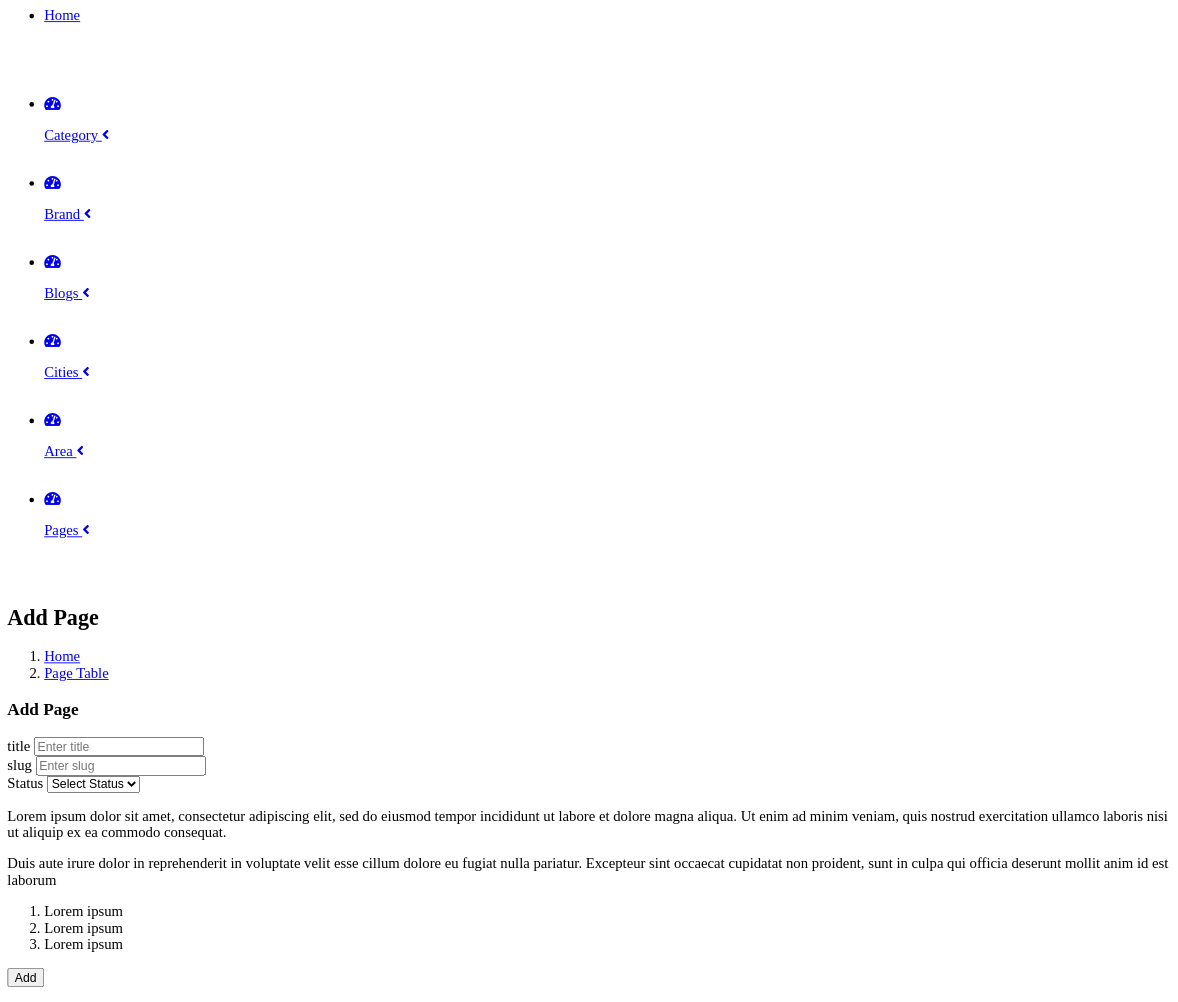
Repository: samiraelshon123/LP_Project
Page: http://localhost/admin/Page/create
The author's editor kept a copy of each file at every save. The page is drawn from the files as they stood at one save, then again after the next save.
The browser window is 1280 px wide. The pictures show the whole page, at 92% of full size.
Some web fonts or font styles are not loaded; a fallback is used. The page is served by the project's Laravel application, run on PHP 8.4 with Laravel 9. A made-up administrator, Test User (test@example.com), is signed in. Other server files are loaded and not shown.

Above is the page before, as saved 2023-05-29 23:03:08.
Console error: ReferenceError: $ is not defined

### routes/web.php
<?php

use App\Http\Controllers\admin\AreaController;
use Illuminate\Support\Facades\Route;
use App\Http\Controllers\admin\CategoryController;
use App\Http\Controllers\admin\BrandController;
use App\Http\Controllers\admin\BlogController;
use App\Http\Controllers\admin\CityController;
use App\Http\Controllers\admin\PageController;
use App\Http\Controllers\admin\SocialMediaController;
use App\Http\Controllers\auth\RegisterController;
use App\Http\Controllers\auth\LoginController;
use App\Http\Controllers\auth\LogoutController;
use App\Http\Controllers\auth\AdminLoginController;

////////////

//user

use App\Http\Controllers\User\UserController;

/*
|--------------------------------------------------------------------------
| Web Routes
|--------------------------------------------------------------------------
|
| Here is where you can register web routes for your application. These
| routes are loaded by the RouteServiceProvider within a group which
| contains the "web" middleware group. Now create something great!
|
*/

Route::group(['prefix' => 'admin','middleware' => ['auth:admin']], function() {
        //admin
        Route::get('/', function(){
            return view('admin.dashboard');
        })->name('admin');

    // brand
    Route::resource('category', CategoryController::class);

    Route::resource('city', CityController::class);

    Route::resource('Area', AreaController::class);

    Route::resource('Page', PageController::class);




    // governorate
    Route::resource('brand', BrandController::class);

    //blog
     Route::resource('blog',BlogController::class);



});

//////////////////////////////////


Route::group(['middleware' => ['auth']], function() {
    Route::get('/', [UserController::class, 'home'])->name('user.home');
    Route::get('categories', [UserController::class, 'categories'])->name('user.categories');
    Route::get('about_us', [UserController::class, 'about_us'])->name('user.about_us');
    Route::get('change_location', [UserController::class, 'change_location'])->name('user.change_location');
    Route::get('contact_us', [UserController::class, 'contact_us'])->name('user.contact_us');
    Route::get('faq', [UserController::class, 'faq'])->name('user.faq');
    Route::get('privacy', [UserController::class, 'privacy'])->name('user.privacy');
    Route::get('terms_of_use', [UserController::class, 'terms_of_use'])->name('user.terms_of_use');
    Route::get('service_details', [UserController::class, 'service_details'])->name('user.service_details');
    Route::get('services_by_category', [UserController::class, 'services_by_category'])->name('user.services_by_category');




});

//////////////////////////////////

//authentication

Route::get('/register', [RegisterController::class, 'register'])->name('register');
Route::post('/register', [RegisterController::class, 'registerUser'])->name('registerUser');


Route::get('/login', [LoginController::class, 'login'])->name('login');
Route::post('/login', [LoginController::class, 'loginUser'])->name('loginUser');


Route::get('/logout', [LogoutController::class, 'logout']);

Route::get('/adminlogin', [AdminLoginController::class, 'loginPage']);
Route::post('/adminlogin', [AdminLoginController::class, 'loginAdmin'])->name('adminlogin');

### app/Models/User.php
<?php

namespace App\Models;

use Illuminate\Contracts\Auth\MustVerifyEmail;
use Illuminate\Database\Eloquent\Factories\HasFactory;
use Illuminate\Foundation\Auth\User as Authenticatable;
use Illuminate\Notifications\Notifiable;
use Laravel\Sanctum\HasApiTokens;

class User extends Authenticatable
{
    use HasApiTokens, HasFactory, Notifiable;

    /**
     * The attributes that are mass assignable.
     *
     * @var array<int, string>
     */
    protected $fillable = [
        'name',
        'phone',
        'email',
        'username',
        'password',
        'user_type'
    ];

    /**
     * The attributes that should be hidden for serialization.
     *
     * @var array<int, string>
     */
    protected $hidden = [
        'password',
        'remember_token',
    ];

    /**
     * The attributes that should be cast.
     *
     * @var array<string, string>
     */
    protected $casts = [
        'email_verified_at' => 'datetime',
    ];
     public function order(){
         return $this->belongsToMany(User::class, 'ord_users', 'user_id', 'order_id');
     }
}

### app/Models/Admin.php
<?php

namespace App\Models;

use Illuminate\Contracts\Auth\MustVerifyEmail;
use Illuminate\Database\Eloquent\Factories\HasFactory;
use Illuminate\Foundation\Auth\User as Authenticatable;
use Illuminate\Notifications\Notifiable;
use Laravel\Sanctum\HasApiTokens;

class Admin extends Authenticatable
{
    use HasApiTokens, HasFactory, Notifiable;
    public $table = 'admins';
    /**
     * The attributes that are mass assignable.
     *
     * @var array<int, string>
     */
    protected $fillable = [
        'name',
        'username',
        'role',
        'image',
        'description',
        'designation',
        'email',
        'password',
    ];

    /**
     * The attributes that should be hidden for serialization.
     *
     * @var array<int, string>
     */
    protected $hidden = [
        'password',
        'remember_token',
    ];

    /**
     * The attributes that should be cast.
     *
     * @var array<string, string>
     */
    protected $casts = [
        'email_verified_at' => 'datetime',
    ];
}

### app/Http/Controllers/admin/PageController.php
<?php

namespace App\Http\Controllers\admin;

use App\Http\Controllers\Controller;
use App\Models\Page;
use Illuminate\Http\Request;

class PageController extends Controller
{
    public function __construct()
    {
        $this->middleware('auth:admin');
    }

    public function index(){
        $pages = Page::all();

        return view('admin.pages.index', compact('pages'));

    }
    public function create(){
        return view('admin.pages.create');
    }
    public function store(Request $request)
    {
        $data = $request->validate([
            'title' => 'required|string',
            'slug' => 'required|string',
            'page_content' => 'required|string',
            'status' => 'required|string',

        ]);


        Page::create($data);
            session()->flash('add_message', 'Page has been added');

        return  redirect('admin/Page');
    }

    public function edit($id){

        $Page = Page::find($id);

        return view('admin.pages.edit', compact('Page'));
    }
    public function update(Request $request, $id){
        $data = $request->validate([
            'title' => 'required|string',
            'slug' => 'required|string',
            'page_content' => 'required|string',
             'status' => 'required|string',

        ]);
        $Page = Page::find($id);

        $Page->update($data);
        session()->flash('edit_message', 'Page has been updated');
        return  redirect('admin/Page');

    }
    public function destroy($id){
        $Page = Page::find($id);
        $Page->delete();
        session()->flash('delete_message', 'Page has been deleted');
        return  redirect('admin/Page');
    }
}

### resources/views/admin/pages/create.blade.php
@extends('layouts.admin')
@section('content')

  <div class="content-wrapper" style="margin-left: 0px;">
    <section class="content-header">
      <div class="container-fluid">
        <div class="row mb-2">
          <div class="col-sm-6">
            <h1>Add Page</h1>
          </div>
          <div class="col-sm-6">
            <ol class="breadcrumb float-sm-right">
              <li class="breadcrumb-item"><a href="{{route('admin')}}">Home</a></li>
              <li class="breadcrumb-item active"><a href="{{route('Page.index')}}">Page Table</a></li>
            </ol>
          </div>
        </div>
      </div>
    </section>

    <section class="content">
      <div class="container-fluid">
        <div class="row">



<div class="card card-primary" style="width: 100%;">
    @if ($errors->any())
            <div class="alert alert-danger">
                <ul>
                    @foreach ($errors->all() as $error)
                        <li>{{ $error }}</li>
                    @endforeach
                </ul>
            </div>
    @endif
    <div class="card-header">
        <h3 class="card-title">Add Page</h3>
    </div>

    <form action="{{route('Page.store')}}" method="POST" enctype="multipart/form-data">
        @csrf


        <div class="card-body">
          <div class="row">
            <div class="form-group col-6">
                <label for="exampleInputEmail1">title</label>
                <input type="text" class="form-control" id="exampleInputEmail1"  value="{{old('title')}}" name="title" placeholder="Enter title">
            </div>

            <div class="form-group col-6">
                <label for="exampleInputEmail1">slug</label>
                <input type="text" class="form-control" id="slug" value="{{old('slug')}}" name="slug" placeholder="Enter slug">
            </div>
            <div class="form-group col-6">
                <label for="exampleInputEmail1">Status</label>
                <select name="status" id="" class="form-control">
                <option value="" disabled selected>Select Status</option>

                  <option value="1">Active</option>
                  <option value="0">InActive</option>

                </select>
              </div>
              <div id="summernote">
                <p>Lorem ipsum dolor sit amet, consectetur adipiscing elit, sed do eiusmod tempor incididunt ut labore et dolore magna aliqua. Ut enim ad minim veniam, quis nostrud exercitation ullamco laboris nisi ut aliquip ex ea commodo consequat.</p>
                <p>Duis aute irure dolor in reprehenderit in voluptate velit esse cillum dolore eu fugiat nulla pariatur. Excepteur sint occaecat cupidatat non proident, sunt in culpa qui officia deserunt mollit anim id est laborum</p>
                <ol>
                    <li>Lorem ipsum</li>
                    <li>Lorem ipsum</li>
                    <li>Lorem ipsum</li>
                </ol>
            </div>



            </div>

        </div>
        <div class="card-footer">
            <button type="submit" class="btn btn-primary">Add</button>
        </div>
    </form>
</div>
        </div>

      </div>
    </section>
  </div>
@endsection

<script>
   $('#summernote').summernote({
     toolbar: [
         ...
         ['style', ['bold', 'italic', 'underline', 'add-text-tags', 'clear']]
     ]
 });
</script>

### resources/views/layouts/admin.blade.php


  @include('includes.header')

  @include('includes.main_sidebar')

  <div class="content-wrapper">

    @yield('content')
  </div>


</div>

### resources/views/includes/header.blade.php

<!DOCTYPE html>
<html lang="en">
<head>
  <meta charset="utf-8">
  <meta name="viewport" content="width=device-width, initial-scale=1">
  <title>LP Dashboard</title>

  <link rel="stylesheet" href="{{asset('https://fonts.googleapis.com/css?family=Source+Sans+Pro:300,400,400i,700&display=fallback')}}">
  <link rel="stylesheet" href="{{asset('plugins/fontawesome-free/css/all.min.css')}}">
  <link rel="stylesheet" href="{{asset('dist/css/adminlte.min.css')}}">
</head>
<body class="hold-transition sidebar-mini layout-fixed">
<div class="wrapper">


  <nav class="main-header navbar navbar-expand navbar-white navbar-light">
    <ul class="navbar-nav">

      <li class="nav-item d-none d-sm-inline-block">
        <a href="{{route('admin')}}" class="nav-link">Home</a>
      </li>

    </ul>
  </nav>

### resources/views/includes/main_sidebar.blade.php

<aside class="main-sidebar sidebar-dark-primary elevation-4">

    <div class="sidebar">
      <div class="user-panel mt-3 pb-3 mb-3 d-flex">
        <div class="image">
        </div>
        <div class="info">
        <h5 style="color:white;" class="d-block">LP Dashboard</h5>
        </div>
      </div>



      <!-- Sidebar Menu -->
      <nav class="mt-2">
        <ul class="nav nav-pills nav-sidebar flex-column" data-widget="treeview" role="menu" data-accordion="false">

          <br>
              <li class="nav-item menu-open">
                <a href="{{route('category.index')}}" class="nav-link active">
                  <i class="nav-icon fas fa-tachometer-alt"></i>
                  <p>
                  Category
                    <i class="right fas fa-angle-left"></i>
                  </p>
                </a>
              </li>
              <br>
              <li class="nav-item menu-open">
                <a href="{{route('brand.index')}}" class="nav-link active">
                  <i class="nav-icon fas fa-tachometer-alt"></i>
                  <p>
                  Brand
                    <i class="right fas fa-angle-left"></i>
                  </p>
                </a>
              </li>
              <br>

              <li class="nav-item menu-open">
                <a href="{{route('blog.index')}}" class="nav-link active">
                  <i class="nav-icon fas fa-tachometer-alt"></i>
                  <p>
                  Blogs
                    <i class="right fas fa-angle-left"></i>
                  </p>
                </a>
              </li><br>
              <li class="nav-item menu-open">
                <a href="{{route('city.index')}}" class="nav-link active">
                  <i class="nav-icon fas fa-tachometer-alt"></i>
                  <p>
                  Cities
                    <i class="right fas fa-angle-left"></i>
                  </p>
                </a>
              </li><br>
              <li class="nav-item menu-open">
                <a href="{{route('Area.index')}}" class="nav-link active">
                  <i class="nav-icon fas fa-tachometer-alt"></i>
                  <p>
                  Area
                    <i class="right fas fa-angle-left"></i>
                  </p>
                </a>
              </li><br>
              <li class="nav-item menu-open">
                <a href="{{route('Page.index')}}" class="nav-link active">
                  <i class="nav-icon fas fa-tachometer-alt"></i>
                  <p>
                  Pages
                    <i class="right fas fa-angle-left"></i>
                  </p>
                </a>
              </li>
              <br>

              <br>



        </ul>
      </nav>
      <!-- /.sidebar-menu -->
    </div>
    <!-- /.sidebar -->
  </aside>

Loaded but not shown: app/Http/Controllers/Controller.php (common file); public/plugins/fontawesome-free/css/all.min.css (library); lang/en.json (common file)

After the next save:
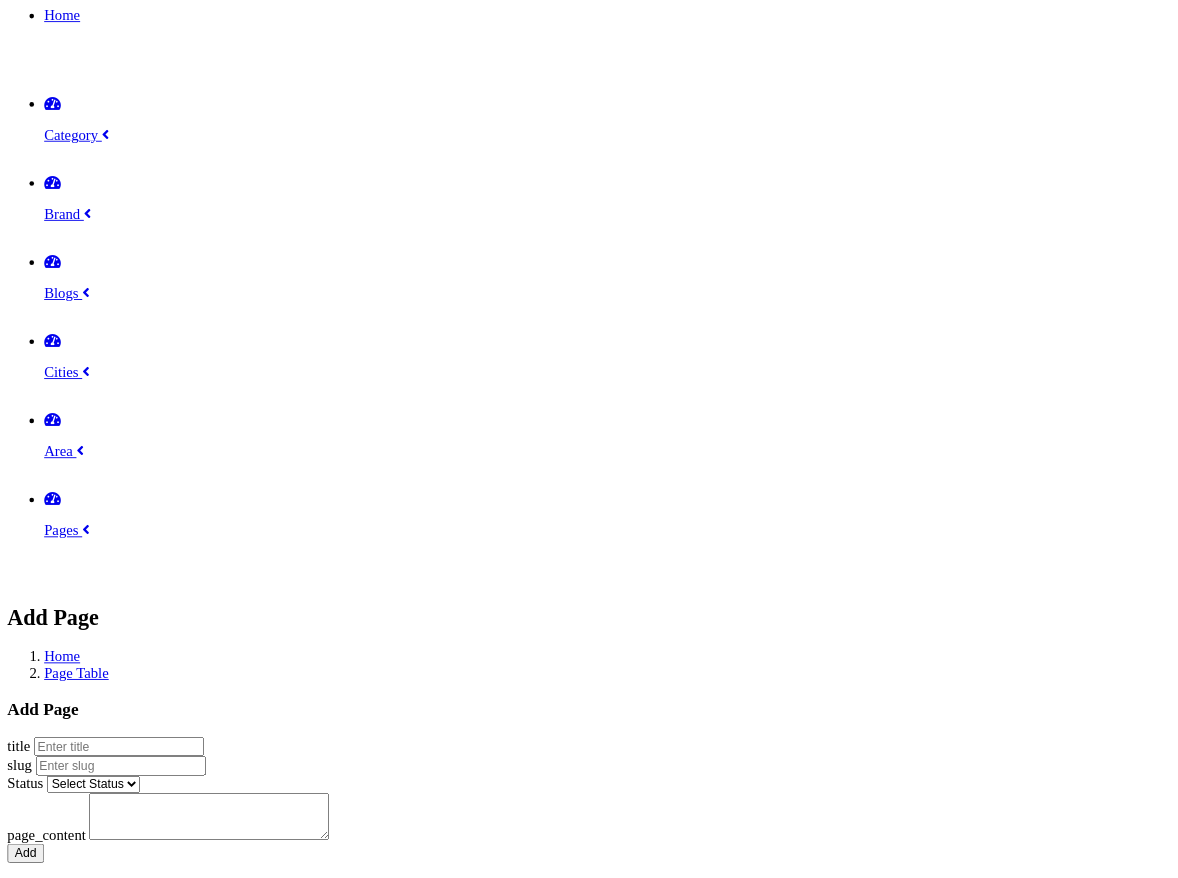
Saved 4 s later.
--- a/resources/views/admin/pages/create.blade.php
+++ b/resources/views/admin/pages/create.blade.php
@@ -63,15 +63,10 @@
 
                 </select>
               </div>
-              <div id="summernote">
-                <p>Lorem ipsum dolor sit amet, consectetur adipiscing elit, sed do eiusmod tempor incididunt ut labore et dolore magna aliqua. Ut enim ad minim veniam, quis nostrud exercitation ullamco laboris nisi ut aliquip ex ea commodo consequat.</p>
-                <p>Duis aute irure dolor in reprehenderit in voluptate velit esse cillum dolore eu fugiat nulla pariatur. Excepteur sint occaecat cupidatat non proident, sunt in culpa qui officia deserunt mollit anim id est laborum</p>
-                <ol>
-                    <li>Lorem ipsum</li>
-                    <li>Lorem ipsum</li>
-                    <li>Lorem ipsum</li>
-                </ol>
-            </div>
+              <div class="form-group col-6">
+                <label for="exampleInputEmail1" id="summernote">page_content</label>
+                <textarea id="" cols="30" rows="3" class="form-control" name="page_content" >{{old('page_content')}}</textarea>
+              </div>
 
 
 
